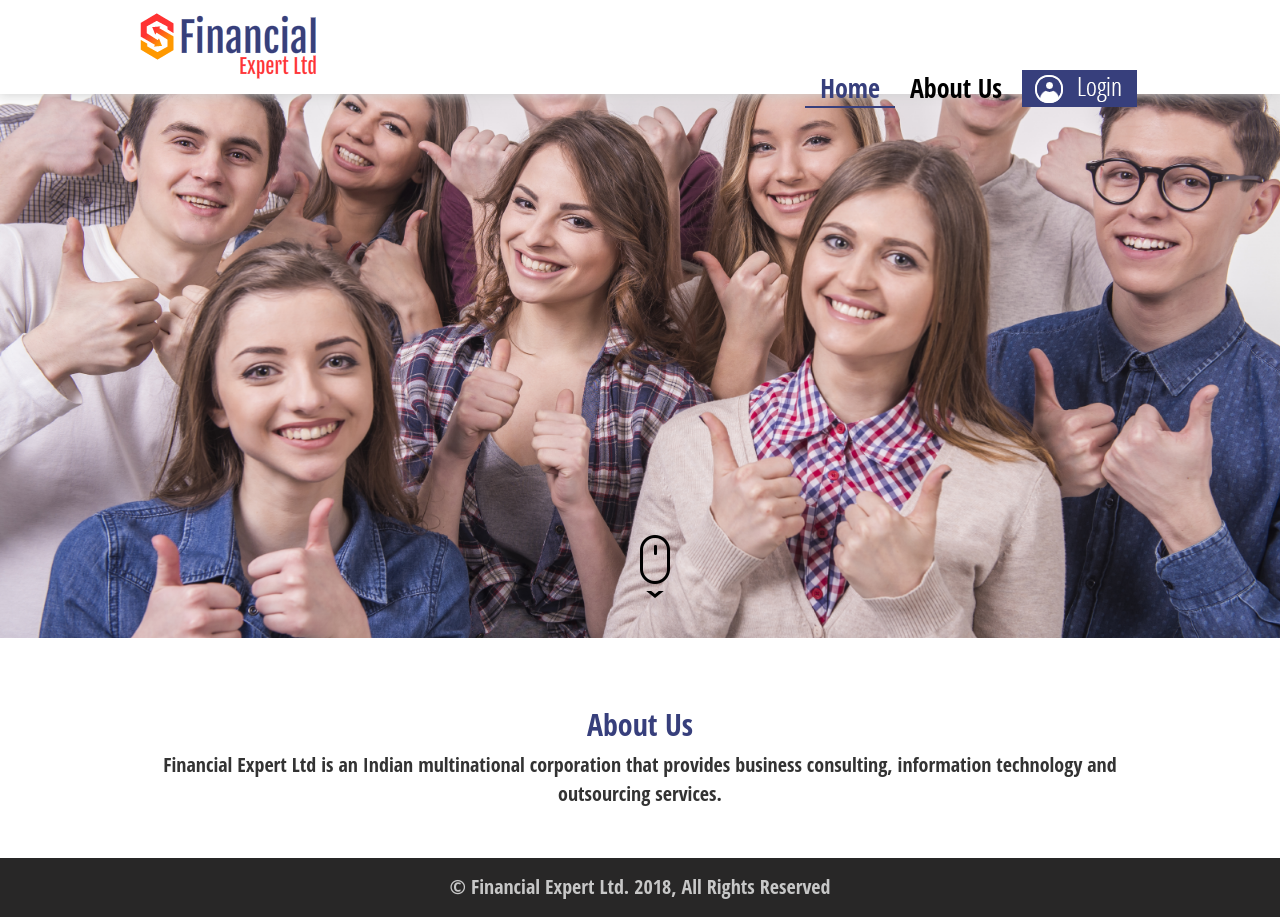
Repository: intkhabahmed/AcceleratedBootcampWebsites
Page: http://localhost/FinancialExpert/UI/index.jsp
The author's editor kept a copy of each file at every save. The page is drawn from the files as they stood at one save, then again after the next save.
The browser window is 1280 px wide. The pictures show the whole page.
Some web fonts or font styles are not loaded; a fallback is used. The page is served by Tomcat 9. Nobody is signed in. The application's start-up code is not run. Other server files are loaded and not shown.

Above is the page before, as saved 2018-01-31 09:35:26.

### FinancialExpert/WebContent/UI/index.jsp
<%@ page language="java" contentType="text/html; charset=ISO-8859-1"
	pageEncoding="ISO-8859-1"%>
<%@taglib uri="http://java.sun.com/jsp/jstl/core" prefix="c"%>
<!DOCTYPE html>
<html>
<head>
<title>Financial Expert Ltd.</title>
<meta http-equiv="Content-Type" content="text/html; charset=ISO-8859-1">
<meta name="viewport" content="width=device-width, initial-scale=1.0">
<link rel="stylesheet" type="text/css" href="css/bootstrap.min.css">
<link rel="stylesheet" type="text/css" href="css/font-awesome.min.css">
<link rel="stylesheet" type="text/css" href="css/custom.css">
<link
	href='https://fonts.googleapis.com/css?family=Open Sans Condensed:300'
	rel='stylesheet'>
</head>
<body id="home">

	<jsp:include page="header.jsp"></jsp:include>


	<!-- <div class="row"> -->
	<div id="carousel-example-generic" class="carousel slide"
		data-ride="carousel">
		<!-- Indicators -->
		<img src="images/downarrow.png" alt="DownArrow" id="downarrow" />
		<!-- Wrapper for slides -->
		<div class="carousel-inner" role="listbox">
			<div class="item active">
				<img src="images/banner.png" alt="">
			</div>
		</div>

	</div>
	<!--end carousel-->

	<!-- </div> -->
	<div class="container">
		<hr>
		<div class="row">
			<div id="aboutus">
				<h2 align="center">About Us</h2>
				<p align="center">Financial Expert Ltd is an Indian
					multinational corporation that provides business consulting,
					information technology and outsourcing services.</p>
			</div>
			<!--end aboutus-->
		</div>
		<hr>
	</div>
	<!--end container-->
	<div id="footer">
		<footer>
			<p align="center">&copy; Financial Expert Ltd. 2018, All Rights
				Reserved</p>
		</footer>
	</div>
	<div class="overlay" title="click to close"></div>
	<div id="loginWindow">
		<h2 align="center">Login Form</h2>
		<form class="form-vertical" method="post" action="login.html"
			id="login_form">
			<div class="form-group">
				<input type="text" name="username" required="required"
					class="form-control" placeholder="Enter UserName" /> <input
					type="password" name="password" required="required"
					class="form-control" placeholder="Enter Password" />

			</div>
			<div class="form-group">
				<h4>
					<a href="#" class="pull-left">Forgot Password?</a>
				</h4>
				<input type="submit" name="login_btn" id="login_btn" value="Login"
					class="pull-right btn btn-default" />
			</div>
		</form>
	</div>
	<div id="queryWindow">
		<h2 align="center">Query Form</h2>
		<form class="form-vertical" method="post" action="askQuery.html"
			id="query_form">
			<div class="form-group">
				<label class="form-label" for="receiver">Choose Company</label> <br>
				<input type="radio" name="receiver" required="required"
					value="BeneesFradia" /> BeneesFradia &nbsp;&nbsp; <input
					type="radio" name="receiver" value="QuickgunHeadley" />
				QuickgunHeadley <br>
			</div>
			<div class="form-group">
				<textarea rows="4" class="form-control"
					placeholder="Enter the query" name="query"></textarea>
				<input type="submit" name="querySubmit_btn" id="querySubmit_btn"
					value="Send" class="form-control btn btn-default" />
			</div>
		</form>
	</div>

	<script type="text/javascript" src="js/jquery-3.1.0.min.js"></script>
	<script type="text/javascript" src="js/bootstrap.min.js"></script>
	<script type="text/javascript" src="js/custom.js"></script>
	<c:if test="${errorMessage ne null}">
		<%-- 	<div class="alert alert-danger" role="alert" >"${errorMessage}"</div> --%>
		<script>
			alert("${errorMessage}");
			showLoginPage();
		</script>
	</c:if>
	<c:if test="${successMessage ne null}">
		<%-- 	<div class="alert alert-success" role="alert">"${successMessage}"</div> --%>
		<script>
			alert("${successMessage}");
		</script>
	</c:if>
</body>
</html>

### FinancialExpert/WebContent/UI/header.jsp
<%@ page language="java" contentType="text/html; charset=ISO-8859-1"
    pageEncoding="ISO-8859-1"%>
<%@taglib uri="http://java.sun.com/jsp/jstl/core" prefix="c" %>
<nav class="navbar navbar-custom navbar-custom-fitting">
	  <div class="container">
	    <!-- Brand and toggle get grouped for better mobile display -->
	    <div class="navbar-header">
	      <button type="button" class="navbar-toggle collapsed" data-toggle="collapse" data-target="#bs-example-navbar-collapse-1" aria-expanded="false">
	        <span class="sr-only">Toggle navigation</span>
	        <span class="icon-bar"></span>
	        <span class="icon-bar"></span>
	        <span class="icon-bar"></span>
	      </button>
	      <a class="navbar-brand" href="index.html"><img src="images/team1logo.png" alt="Financial Expert"></a>
	    </div>

	    <!-- Collect the nav links, forms, and other content for toggling -->
	    <div class="collapse navbar-collapse" id="bs-example-navbar-collapse-1">
	      <ul class="nav navbar-nav navbar-right" id="main-nav">
	        <li class="active"><a href="#home">Home <span class="sr-only">(current)</span></a></li>
	        <li><a href="#aboutus">About Us</a></li>
	        <c:if test="${sessionScope.user.username eq null}">
	        <li id="login_button" onclick="showLoginPage()"><img src="images/loginbtn.png" class="img img-responsive"/></li>
	      	</c:if>
	      	<c:if test="${sessionScope.user.username ne null}">
	      	<li id="raiseQuery_btn"><a href="#">Support</a></li>
	        <li class="dropdown">
	          <a href="#" class="dropdown-toggle" data-toggle="dropdown" role="button" aria-haspopup="true" aria-expanded="false">${sessionScope.user.teamName } <span class="fa fa-angle-down"></span></a>
	          <ul class="dropdown-menu">
	            <li><a href="showProfile.html">Dashboard</a></li>
	            <li><a href="logout.html">Logout</a></li>
	          </ul>
	        </li>
	        </c:if>
	      </ul>
	    </div><!-- /.navbar-collapse -->
	  </div><!-- /.container-fluid -->
	</nav>

### FinancialExpert/WebContent/css/custom.css
/****************************Common CSS**************************/

.padding-10x{
	padding: 10px;
}
.padding-5x{
	padding: 5px;
}
.padding-20x{
	padding: 20px;
}

.center{
	display: block;
	margin: 0 auto;
}
.no-margin {
	margin: 0;
}
.error {
	color: red;
}
.success {
	color: #5cb85c;
}
#errorBlock{
	position: absolute;
	top: 15%;
	width: 100%;
}
body {
	font-family: Open Sans Condensed !important;
	font-size: 20px !important;
}
.dropdown-menu {
	font-size: 18px;
    background-color: #000;
    opacity: 0.7;
    border: 1px solid #ccc;
    border: 1px solid rgba(0,0,0,.15);
    border-radius: 0px;
    top: 110%;
}
.dropdown-menu li a{
	color: #ffffff;
}
.dropdown-menu li a:hover {
	color: #8080ff;
	background: #000000;
	opacity: 1;
}
.dropdown> a{
	max-height: 36px;
}

input, button, .form-control, .btn {
	border-radius: 0px !important;
}

input[type=submit]:hover, .btn:hover {
	color: #333333;
}
p {
    margin: 0 10px;
}
/***********************Index Page*********************************/
hr {
	border-top: none;
}
#home {
	padding-top: 94px;
}
#formContainer {
	border-radius: 15px;
	padding: 10px;
	z-index: 1;
}

#login_btn_cover {
	padding: 3px;
}

#homeBannerImage{
	min-height: 370px;
	z-index: 1;
}

@media screen and (min-width: 991px){
	.navbar-custom-fitting {
		width: 100%;
	}
	.container {
		max-width: 1024px;
	}

	.navbar-brand {
		padding: 10px !important;
		height: auto;
	}
	#main-nav {
		margin-top: 39px;
		height: 53px;
		padding-top: 30px;
	}
	nav> .container {
		height: auto;
	}

	.carousel {
		width: 100%;

	}
	.carousel-inner>.item>img {
		width: 100%;
	}
	#loginWindow {
		width: 30vw;
		left: 35vw;
	}
	#uploadWindow {
		width: 40vw;
		left: 30vw;
	}
	#queryWindow {
		width: 30vw;
		left: 35vw;
	}
}

@media screen and (min-width: 768px) and (max-width: 990px){
	#main-nav {
		height: 40px;
		padding-top: 23px;
		margin-top: 30px;
	}

	.navbar-custom-fitting {
		width: 100%;
	}
	.navbar-brand {
		padding: 10px !important;
    	height: auto;
	}
	#login_button {
		margin-bottom: 2px;
	}
	nav> .container {
		height: 92px;
	}
	.carousel {
		width: 100%;
		height: 60vh;
	}
	.carousel-inner>.item>img {
		width: 100%;
		height: 60vh;
	}
	.container {
		max-width: 100%;
		width: 100%;
	}
	#loginWindow {
		width: 40vw;
		left: 35vw;
	}
	#uploadWindow {
		left: 30vw;
		width: 40vw;
	}
	#queryWindow {
		width: 40vw;
		left: 35vw;
	}
}

@media screen and (max-width: 767px){
	nav> .container {
		padding: 2px;
		width: 100%;
		height: auto;
	}

	.navbar-custom-fitting {
		width: 100%;
	}
	.navbar-brand {
		padding: 0px 25px !important;
	}
	.navbar-header {
		height: 90px;
	}
	#main-nav {
		margin-top: 39px;
		background-color: #ffffff;
   	 	padding: 15px;

	}
	#login_button {
		margin: 5px 15px;
	}
	.carousel {
		width: 100%;
		height: 50vh;
		margin: 0 auto;
	}
	.carousel-inner>.item>img {
		width: 100%;
		height: 50vh;
	}
	.container {
		max-width: 100%;
		width: 100%;
	}
	#loginWindow, #uploadWindow, #queryQindow {
		width: 100%;
	}
	#shortcut_links .col-sm-4 img {
		display: block;
		margin: 0 auto;
		width: 100%;
	}
	.navbar-toggle {
		margin-top: 30px;
    	margin-right: 45px;
	}
}
.navbar-nav {
	font-size: 26px !important;
}
#login_button {
	cursor: pointer;
	margin-left: 5px;
}
.navbar-nav> .active a {
	border-bottom: 2px solid #373f7c ;
	color: #373f7c !important;
	background-color: transparent !important;
}

.navbar {
	border-radius: 0px;
}

.navbar-custom {
	background: #FFFFFF;
}

.navbar-nav a {
	transition: all 0.5s ease-in-out;
}

.contact-form-fields input {
	margin: 3px 0;
}

.navbar-nav a{
	color: #000000;
}

.navbar-custom-fitting {
	position: fixed;
	top: 0;
	z-index: 1030;
	box-shadow: -1px 1px 11px 0px #d2d2d2;
}

.navbar-nav>li>a {
	padding: 8px 15px !important;
}

/***********************UserProfile Page*********************************/
.navbar-toggle>.icon-bar {
	background-color: #000000;
}
.navbar-toggle {
	border-color: #000000;
}
.navbar-toggle:hover {
	border-color: #333333;
	background-color: #eeeeee;
}

/***********************Footer******************************************/
#footer {
	background: #282727;
	color: #c7c7c7;
	width: 100%;
	padding: 15px;
}

#footerSpace{
	margin-top: 65px;
}

/***********************Error Page*********************************/
#errorBlock{
	position: absolute;
	top: 15%;
	width: 100%;
}

/***********************Login Modal View*********************************/
.overlay {
	position: fixed;
	top: 0;
	left: 0;
	width: 100%;
	opacity: 0.7;
	min-height: 100%;
	display: none;
	background-color: #000000;
	z-index: 1031;
	cursor: pointer;
}
#loginWindow, #uploadWindow, #queryWindow {
	position: fixed;
	top: 25vh;
	z-index: 1032;
	opacity: 1;
	display: none;
	color: #ffffff;
	background-color: #373f7c;
	padding: 10px;
}
#loginWindow a {
	color: #eeeeee;
}

#login_form input, #upload_form input, #query_form input{
	margin: 10px 0;

}

textarea {
    resize: none;
}

#left-control-button, #right-control-button {
	padding-bottom: 5px;
	background-color: #ffffff;
	color: #000000;
}

#aboutus {
	padding: 10px;

}
#aboutus h2 {
	color: #373f7c;
}
.carousel-control {
	top: 50%;
}
.carousel-control.left, .carousel-control.right {
	background-image: none;
}

#downarrow {
	position: absolute;
	bottom: 40px;
	left: 50%;
	z-index: 1;
}


#profile_logo_container {
	box-shadow: 0px 1px 11px 0px #d2d2d2;
	padding: 5px;
	width: 100%;
}
#login_btn, #querySubmit_btn {
	background: #ffffff;
}
#login_btn:hover, #querySubmit_btn:hover {
	color: #373f7c;
}
input[type=submit], .btn {
	font-size: 26px;
	padding-top: 0px;
	border: 0px;
	background: #373f7c;
}
input[type=submit]:active, .btn:active {
	background: #373f7c !important;
}
input[type=submit]:hover, .btn:hover {
	background: #373f7c;
	color: #eeeeee;
}

### FinancialExpert/WebContent/js/custom.js
$(function(){
	$("nav a").click(function(){
		$('html, body').animate({
        scrollTop: $(this.hash).offset().top
    }, 1500);
    return false;
	});

	$("nav a").click(function(){
		$("nav li").removeClass("active");
		$(this).parent().addClass("active");
	});


	$(".overlay").on('click', function(){
		$(this).fadeOut();
		$("#loginWindow").fadeOut();
		$("#uploadWindow").fadeOut();
		$("#queryWindow").fadeOut();
	});

	$("#uploadForm, #uploadForm_shortcut").on('click', function(){
		$(".overlay").fadeIn();
		$("#uploadWindow").fadeIn();
		return false;
	});

	$("#raiseQuery_btn").on('click', function(){
		$(".overlay").fadeIn();
		$("#queryWindow").fadeIn();
	});

	$(".carousel-control.left").mouseenter(function(){
		$("#left-indicator img").attr("src", "images/leftarrow_ro.png");
	});
	$(".carousel-control.right").mouseenter(function(){
		$("#right-indicator img").attr("src", "images/rightarrow_ro.png");
	});

	$(".carousel-control.left").mouseleave(function(){
		$("#left-indicator img").attr("src", "images/leftarrow.png");
	});
	$(".carousel-control.right").mouseleave(function(){
		$("#right-indicator img").attr("src", "images/rightarrow.png");
	});

	$("#proposalSubmit_btn").bind('click', function(){
		var input = document.getElementById("fileInput");
		if(input.files[0].size >= 10485760){
			alert("File size should be less than 10MB");
			return false;
		}else{
			$("#upload_form").attr("action", "uploadFile.html");
			return true;
		}
	});

	$("#login_button img").mouseenter(function(){
		$(this).attr("src", "images/loginbtn_over.png");
	});
	$("#login_button img").mouseleave(function(){
		$(this).attr("src", "images/loginbtn.png");
	});

});
function showLoginPage(){
	$(".overlay").fadeIn();
	$("#loginWindow").fadeIn();
}
function showAlert(value){
	alert(value.text());
}

Loaded but not shown: FinancialExpert/WebContent/css/bootstrap.min.css (library); FinancialExpert/WebContent/css/font-awesome.min.css (library); FinancialExpert/WebContent/js/jquery-3.1.0.min.js (library); FinancialExpert/WebContent/js/bootstrap.min.js (library)

After the next save:
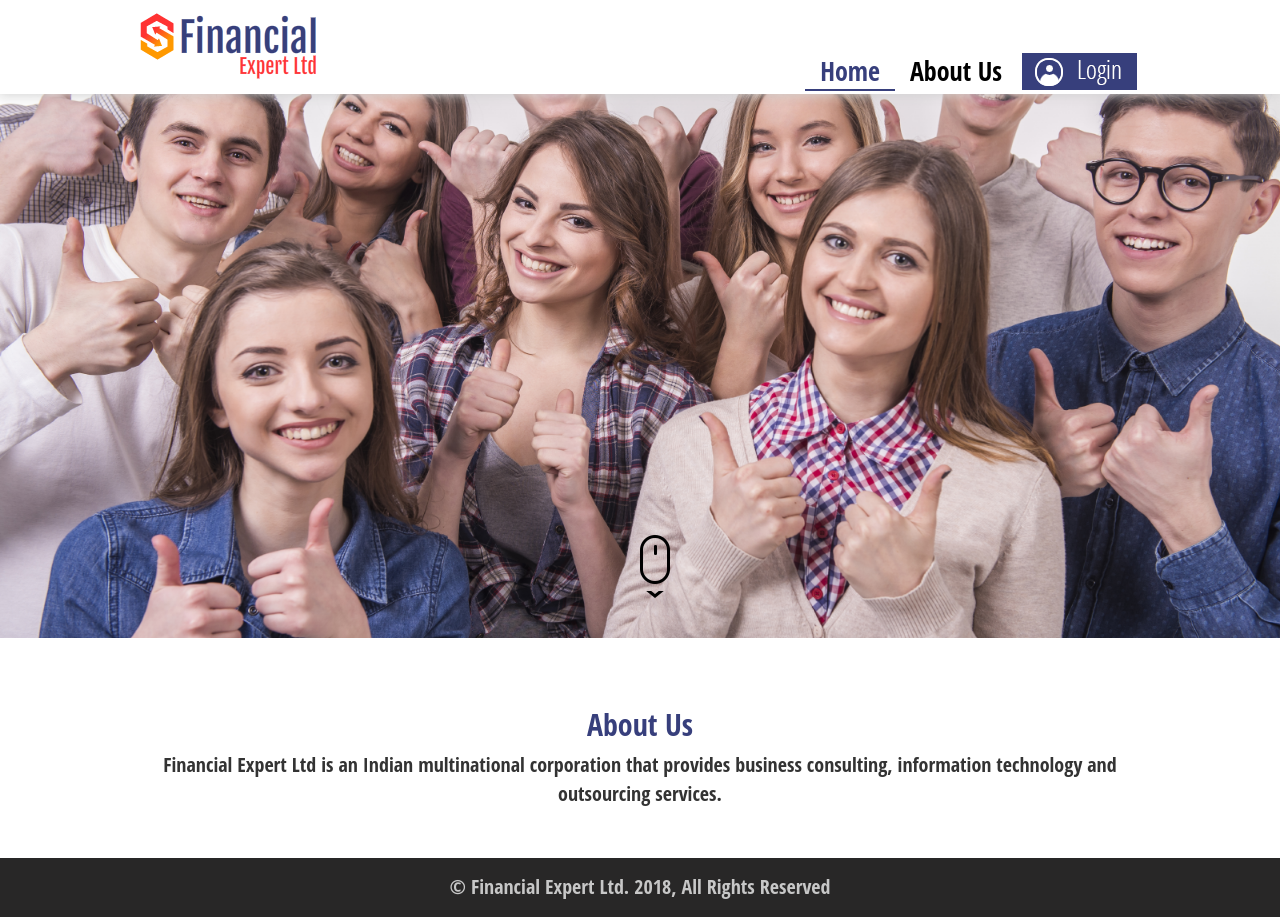
Saved 25 h 40 min later.
--- a/FinancialExpert/WebContent/css/custom.css
+++ b/FinancialExpert/WebContent/css/custom.css
@@ -100,7 +100,7 @@ hr {
 	#main-nav {
 		margin-top: 39px;
 		height: 53px;
-		padding-top: 30px;
+		padding-top: 13px;
 	}
 	nav> .container {
 		height: auto;
